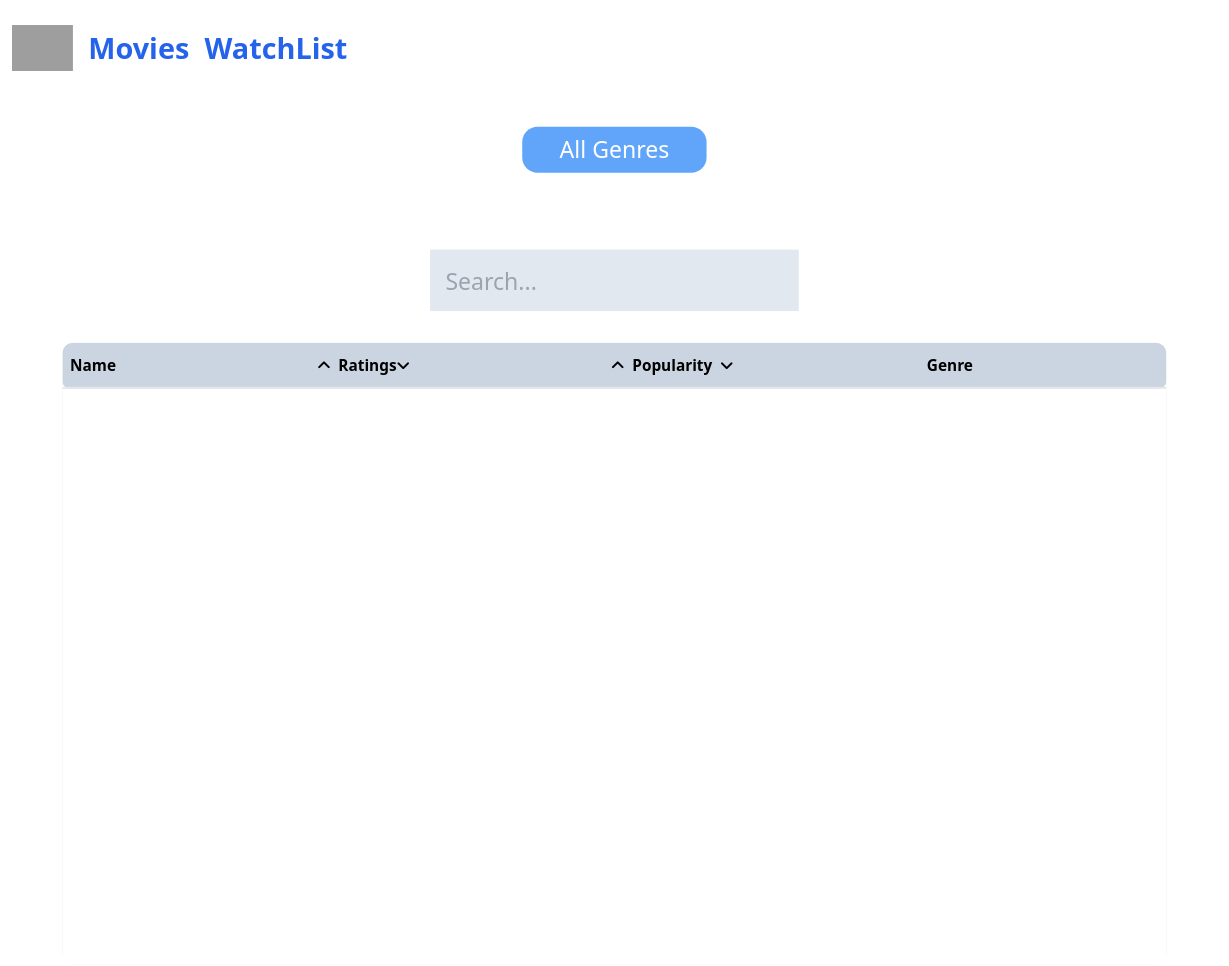
Repository: Aakash20bhatt/LearnReact
Page: /watchlist (app in moviesApp/)
These files come from the project's save history. The page is drawn as it stood at one moment and after the next save; the edit follows.
The browser window is 1280 px wide. The pictures show the whole page, at 96% of full size.
Pictures or frames that could not be fetched are drawn as grey boxes. Some web libraries are served in a nearby version. The project was rebuilt for these pictures with package versions that can differ from the ones it lists, and the page was loaded fresh each time. Also part of the build but not shown: moviesApp/vite.config.js, moviesApp/src/App.css, moviesApp/src/Components/Banner.jsx, moviesApp/src/Components/MovieCard.jsx, moviesApp/src/Components/Pagination.jsx, moviesApp/src/redux/movieMiddleware.js, moviesApp/src/Components/Movies.jsx, moviesApp/src/Components/MovieDetails.jsx.

Above is the page before, as saved 2024-08-25 13:55:22.

After the next save:
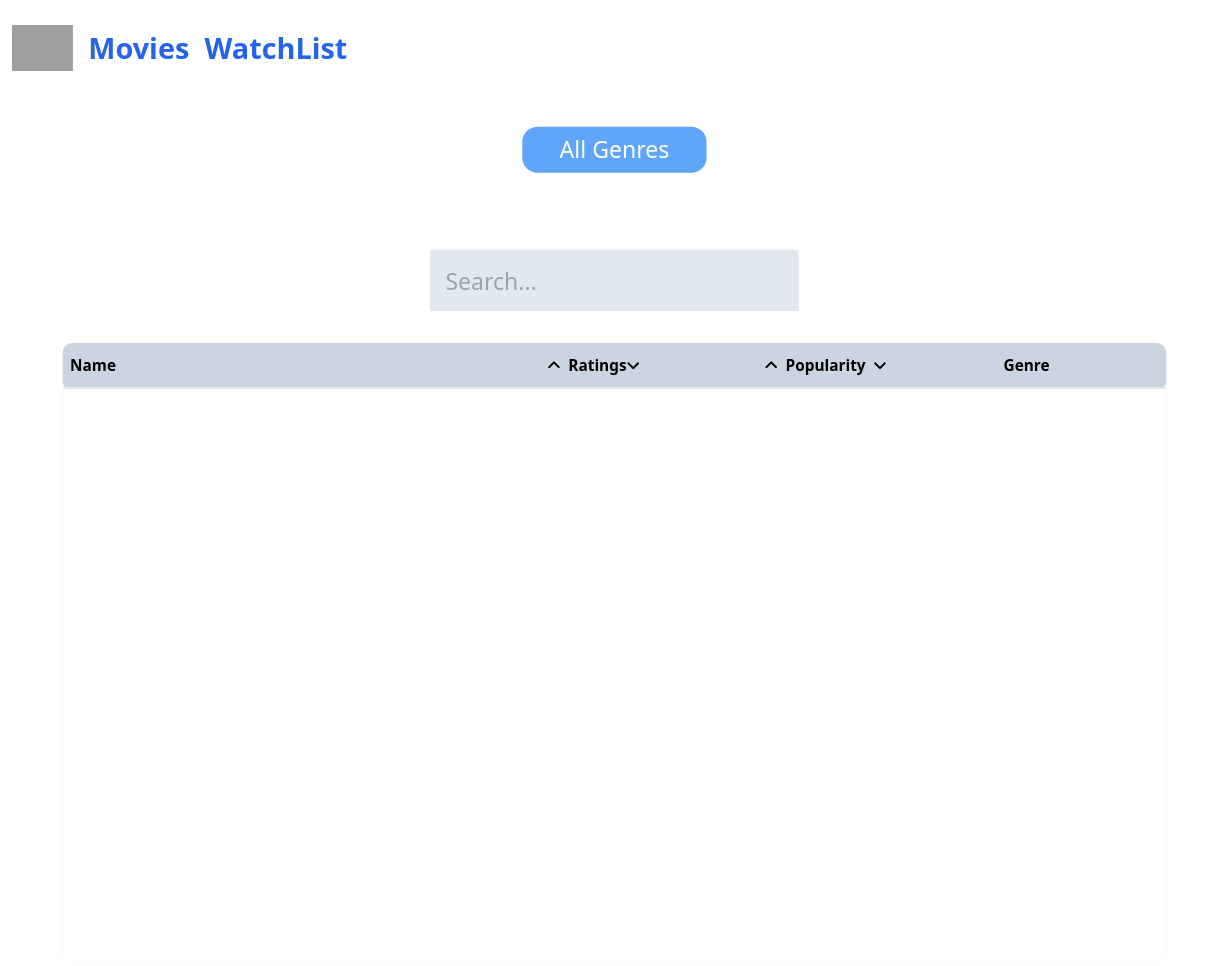
Saved 3 min 41 s later.
--- a/moviesApp/src/Components/Watchlist.jsx
+++ b/moviesApp/src/Components/Watchlist.jsx
@@ -55,7 +55,7 @@ export default function Watchlist() {
         const movie = filteredMovies[index];
         return (
             <tr key={movie.id} style={style} className="flex items-center justify-between border-2 hover:bg-slate-100">
-                <td className="flex m-4 gap-8 items-center">
+                <td className="flex w-1/3 m-4 gap-8 items-center">
                     <div onClick={() => navigate(`/${movie.title.replace(/[:\s]+/g, '-').replace(/[^a-zA-Z0-9-_]/g, '')}/${movie.id}`)}>
                         <img className="h-32 w-36 rounded-lg cursor-pointer"
                             src={BASE_URL + movie.backdrop_path}
@@ -98,7 +98,7 @@ export default function Watchlist() {
             <table className="rounded-xl border w-[90%] overflow-hidden">
                 <thead className="heading flex bg-slate-300 h-12 rounded-lg">
                     <th className="heading-row flex items-center justify-between w-full border-b-2 text-left">
-                        <tr className="column p-2">Name</tr>
+                        <tr className="column w-1/3 p-2">Name</tr>
                         <tr className="column">
                             <i onClick={() => sortAscending('vote_average')} className="cursor-pointer fa-solid fa-angle-up mr-2"></i>
                             Ratings
